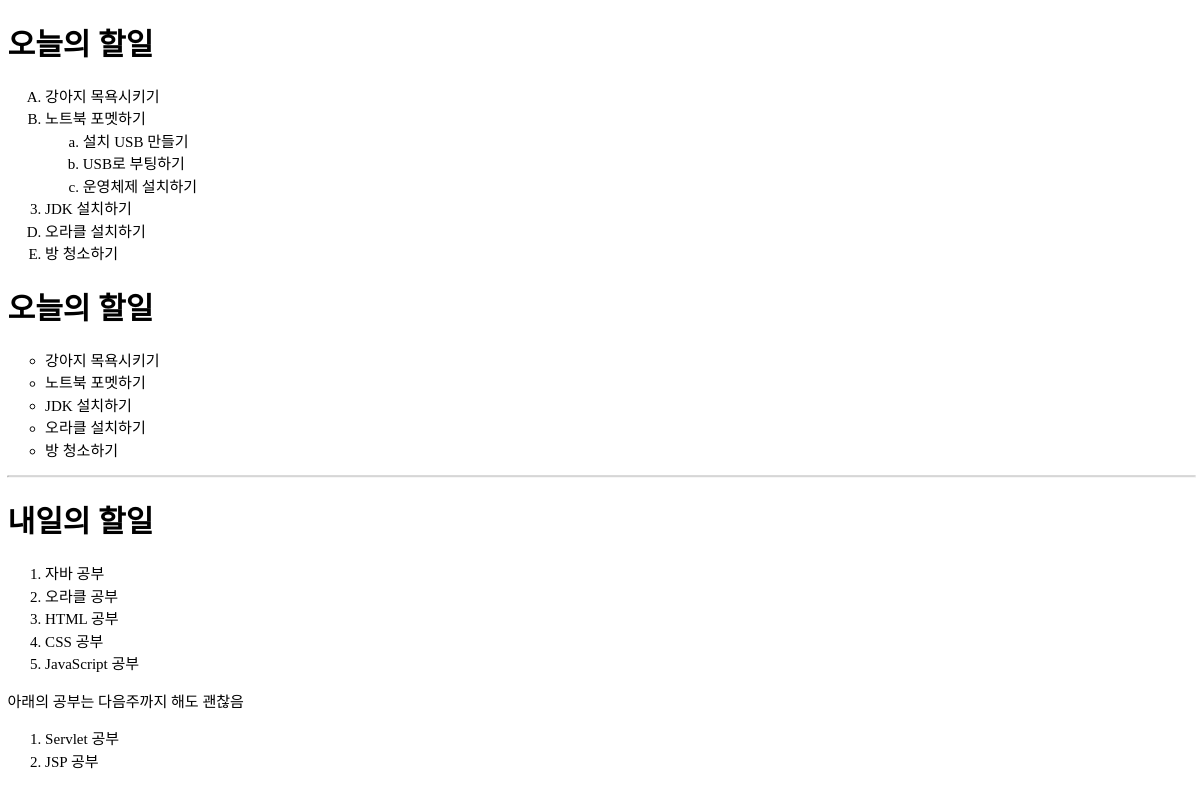
Repository: zzzzzzin/Client
Page: ClientTest/src/main/webapp/html/ex11_list.html
An editor plug-in stored every save of this project. The page is shown before and after the next save, followed by the edit.
The browser window is 1280 px wide. The pictures show the whole page, at 94% of full size.

Above is the page before, as saved 2024-03-13 01:45:19.

After the next save:
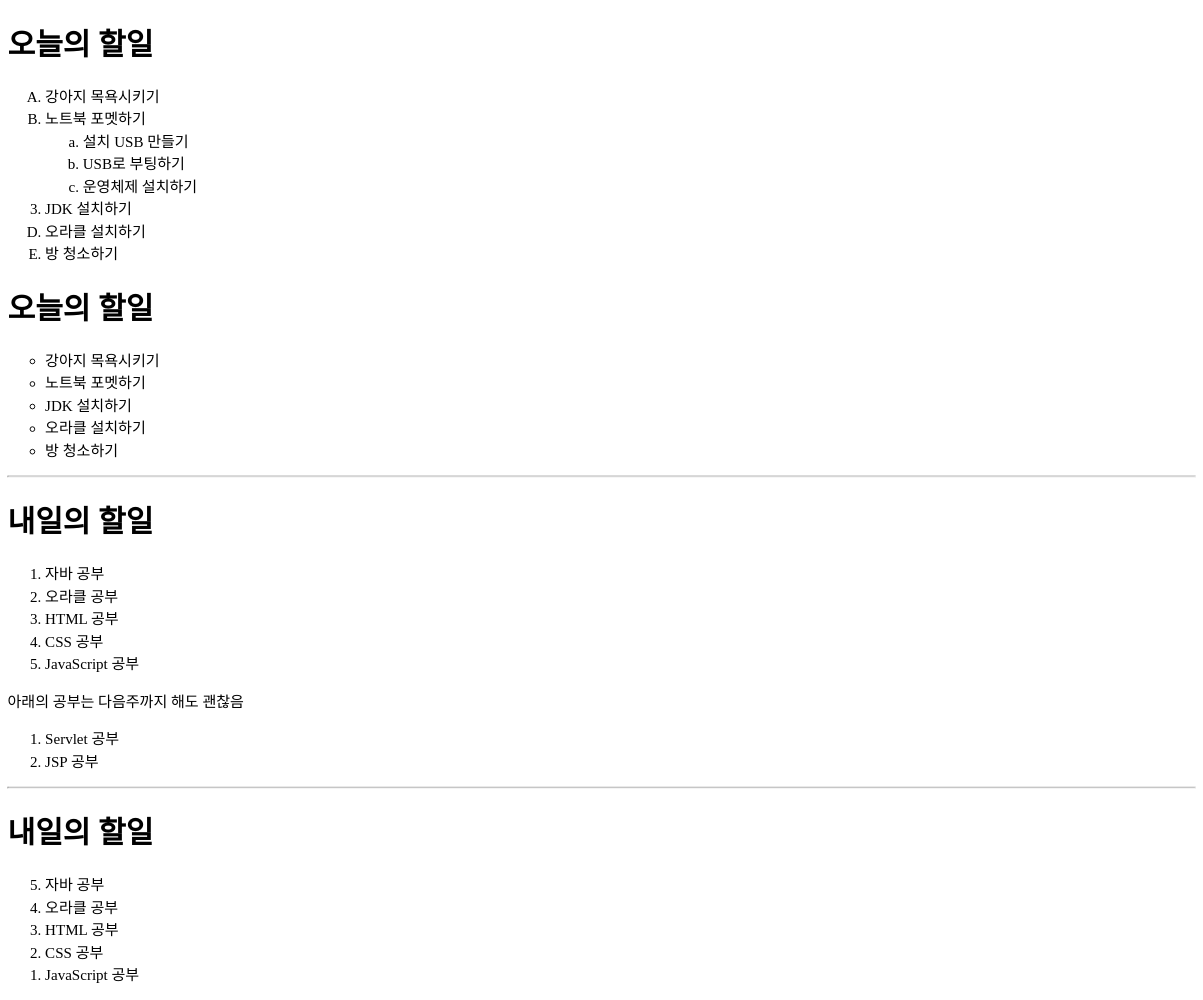
Saved 33 s later.
--- a/ClientTest/src/main/webapp/html/ex11_list.html
+++ b/ClientTest/src/main/webapp/html/ex11_list.html
@@ -77,6 +77,16 @@
 		<li>JSP 공부</li>
 	</ol>
 
+	<hr>
+	<h1>내일의 할일</h1>
+	<ol reversed>
+		<li>자바 공부</li>
+		<li>오라클 공부</li>
+		<li>HTML 공부</li>
+		<li>CSS 공부</li>
+		<li>JavaScript 공부</li>
+	</ol>
+
 
 
 
